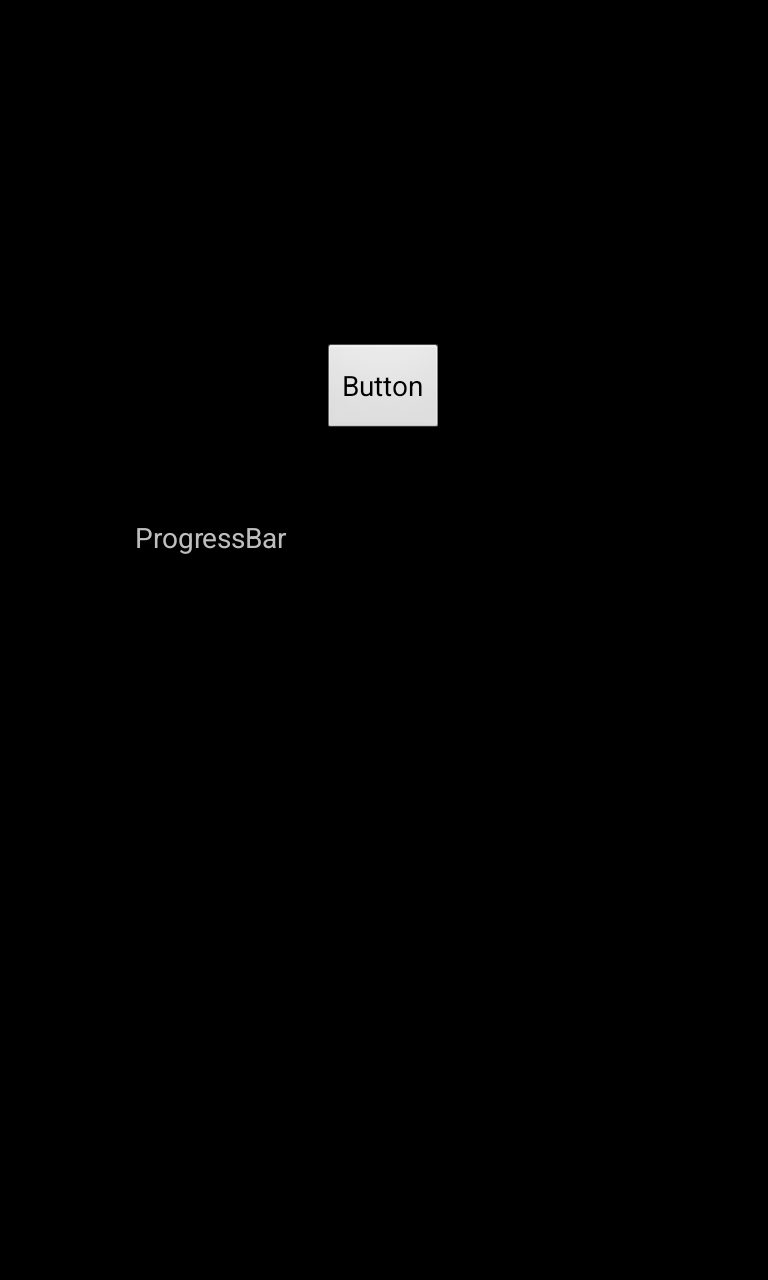
Repository: yogeshwar1996/android-app
Layout: Hour21Audio/res/layout/activity_main.xml
The author's editor kept a copy of each file at every save. The layout is drawn from the files as they stood at one save, then again after the next save.
It is drawn on a 768 x 1280 px phone screen (xhdpi) without system bars, with theme android:Theme; the app's code is not run.

Above is the layout before, as saved 2016-07-10 04:17:09.

### Hour21Audio/res/layout/activity_main.xml
<RelativeLayout xmlns:android="http://schemas.android.com/apk/res/android"
    xmlns:tools="http://schemas.android.com/tools"
    android:layout_width="match_parent"
    android:layout_height="match_parent"
    tools:context=".MainActivity" >

        <Button
            android:id="@+id/button1"
            android:layout_width="wrap_content"
            android:layout_height="wrap_content"
            android:layout_alignParentTop="true"
            android:layout_centerHorizontal="true"
            android:layout_marginTop="171dp"
            android:text="Button" />



        <TextView
            android:id="@+id/textView1"
            android:layout_width="wrap_content"
            android:layout_height="wrap_content"
            android:layout_below="@+id/button1"
            android:layout_marginRight="17dp"
            android:layout_toLeftOf="@+id/button1"
            android:paddingTop="40dp"
            android:text="ProgressBar"
            android:textAppearance="?android:attr/textAppearanceSmall" />

</RelativeLayout>

After the next save:
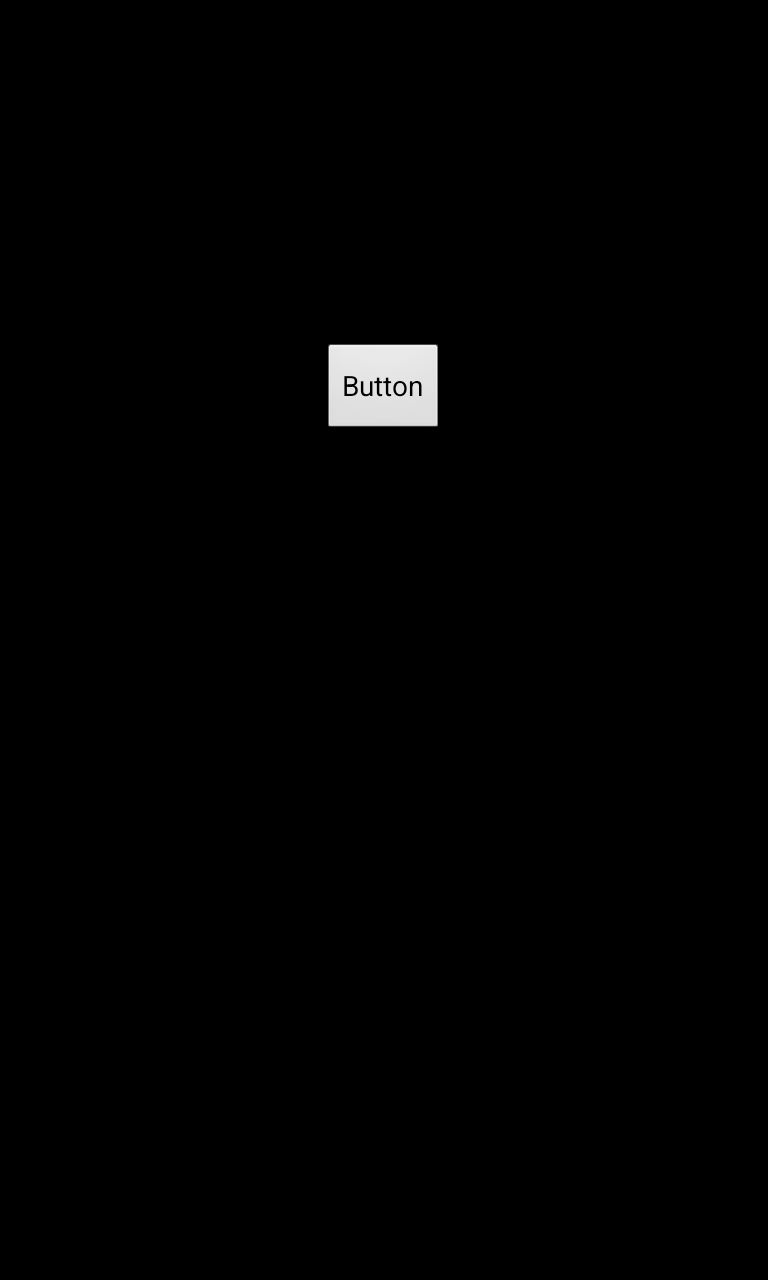
Saved 9 s later.
--- a/Hour21Audio/res/layout/activity_main.xml
+++ b/Hour21Audio/res/layout/activity_main.xml
@@ -13,17 +13,4 @@
             android:layout_marginTop="171dp"
             android:text="Button" />
 
-
-
-        <TextView
-            android:id="@+id/textView1"
-            android:layout_width="wrap_content"
-            android:layout_height="wrap_content"
-            android:layout_below="@+id/button1"
-            android:layout_marginRight="17dp"
-            android:layout_toLeftOf="@+id/button1"
-            android:paddingTop="40dp"
-            android:text="ProgressBar"
-            android:textAppearance="?android:attr/textAppearanceSmall" />
-
 </RelativeLayout>
